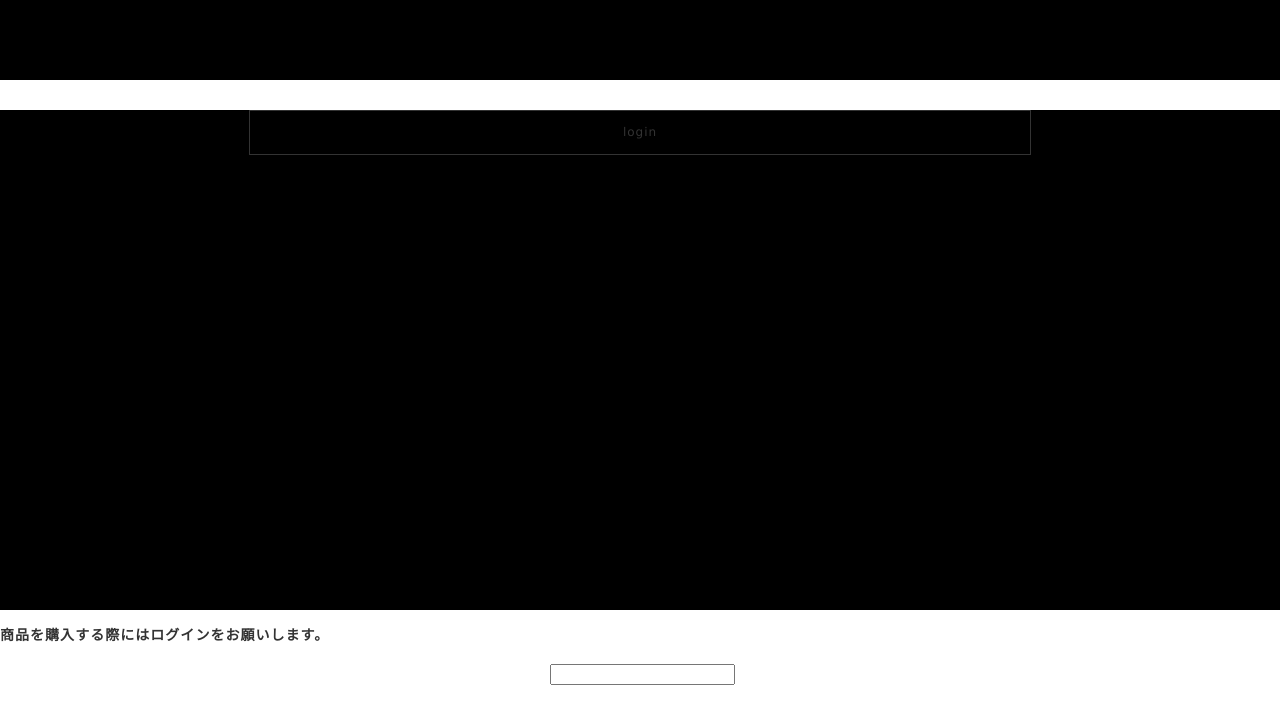
Repository: cha-git/test
Page: http://localhost/template/login.jsp
The author's editor kept a copy of each file at every save. The page is drawn from the files as they stood at one save, then again after the next save.
The browser window is 1280 px wide. The pictures show the whole page.
The page is served by Tomcat 9. Other server files are loaded and not shown.

Above is the page before, as saved 2018-12-20 09:01:14.

### template/WebContent/login.jsp
<%@ page language="java" contentType="text/html; charset=UTF-8"
    pageEncoding="UTF-8"%>
<%@ taglib prefix="s" uri="/struts-tags" %>
<!DOCTYPE html>
<html>
<head>
	<meta http-equiv="Content-Type" content="text/html; charset=UTF-8" />
	<meta http-equiv="Content-Style-Type" content="text/css" />
	<meta http-equiv="Content-Script-Type" content="text/javascript" />
	<meta name="description" content="" />
	<meta name="keywords" content="" />
	<title>Login画面</title>

	<style type="text/css">
	/* ========TAG LAYOUT======== */
	body {
		margin:0;
		padding:0;
		line-height:1.6;
		letter-spacing:1px;
		font-family:Verdana, Helvetica, sans-serif;
		font-size:12px;
		color:#333;
		background:#fff;
	}

	table {
		text-align:center;
		margin:0 auto;
	}
	/* ========ID LAYOUT======== */
	#top {
		width:780px;
		margin:30px auto;
		border:1px solid #333;
	}

	#header {
		width:100%;
		height:80px;
		background-color:black;
	}

	#main {
		width:100%;
		height:80px;
		background-color:black;
	}

	#main {
		width:100%;
		height:500px;
		text-align:center;
	}

	#footer {
		width:100%;
		height:80px;
		background-color:black;
		clear:both;
	}
	</style>
</head>
<body>
	<div id="header">
		<div id="pr">
		</div>
	</div>
	<div id="main">
		<div id="top">
			<p>login</p>
		</div>
	</div>
	<div>
		<h3>商品を購入する際にはログインをお願いします。</h3>
		<s:form action="LoginAction">
			<s:textfield name="loginUserId" />

		</s:form>
	</div>
</body>
</html>

After the next save:
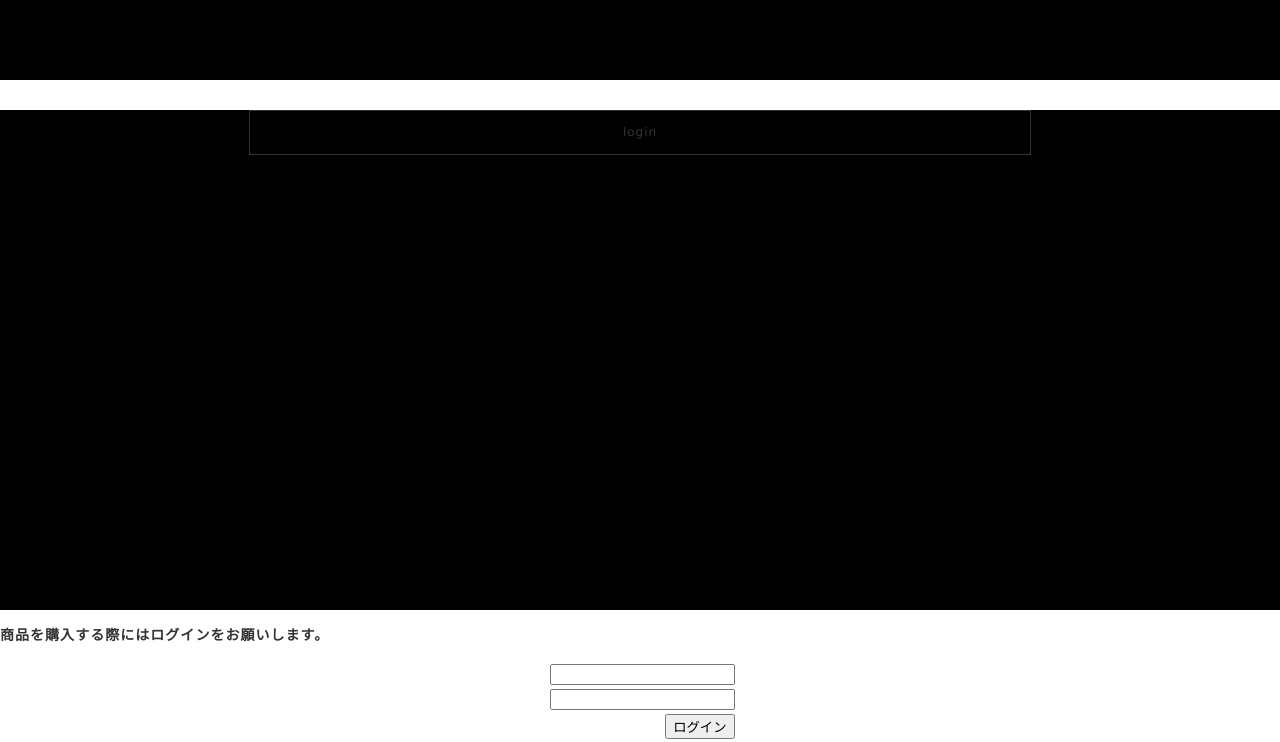
Saved 33 s later.
--- a/template/WebContent/login.jsp
+++ b/template/WebContent/login.jsp
@@ -75,6 +75,8 @@
 		<h3>商品を購入する際にはログインをお願いします。</h3>
 		<s:form action="LoginAction">
 			<s:textfield name="loginUserId" />
+			<s:password name="loginPassword" />
+			<s:submit value="ログイン" />
 
 		</s:form>
 	</div>
